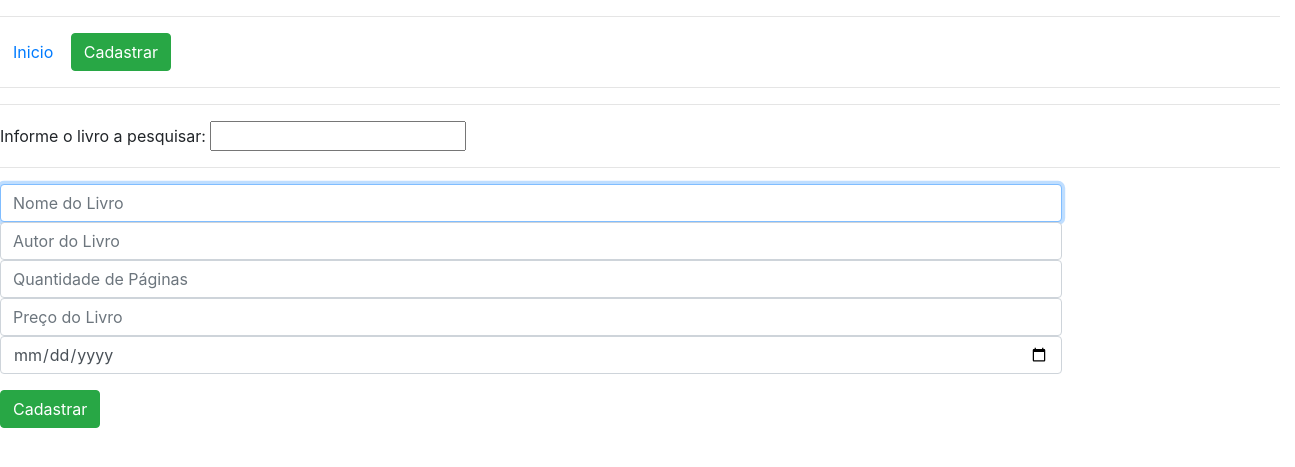
Repository: zz4fff/CRUD-MVC-PHP
Page: http://localhost/view/cadastro.php
These files come from the project's save history. The page is drawn as it stood at one moment and after the next save; the edit follows.
The browser window is 1280 px wide. The page is 1295 px wide, so the pictures cover 1295 px, including what lies to the right of the window. The pictures show the whole page.
The page is run by PHP 8.4 with error messages shown; the project is at /var/www/html/.

Above is the page before, as saved 2025-01-31 07:37:40.

### view/cadastro.php
<!DOCTYPE HTML>

<html>
<?php include("head.php") ?>

<body>
  <?php include("menu.php") ?>

  <div class="row">
    <form method="post" action="../controller/ControllerCadastro.php" id="form"
      name="form" onsubmit="validar(document.form); return false;"
      class="col-10">
      <div class="form-group">
        <input class="form-control" type="text" id="nome" name="nome" placeholder="Nome do Livro" required autofocus>
        <input class="form-control" type="text" id="autor" name="autor" placeholder="Autor do Livro" required>
        <input class="form-control" type="number" id="quantidade" name="quantidade" placeholder="Quantidade de Páginas" required>
        <input class="form-control" type="text" id="preco" name="preco" placeholder="Preço do Livro" onkeypress="formatarMoeda();" required>
        <input class="form-control" type="date" id="data" name="data" placeholder="Data de Pulicação" required>
      </div>

      <div class="form-group">
        <button type="submit" class="btn btn-success" id="cadastrar">Cadastrar</button>
      </div>
    </form>
  </div>

  <script language="javascript" type="text/javascript">
    function formatarMoeda() {
      var elemento = document.getElementById('preco');
      var valor = preco.value;

      valor = valor + '';
      valor = parseInt(valor.replace(/[^\d,]/g, ''));
      valor = valor + '';
      valor = valor.replace(/([0-9]{2})$/g, ",$1");

      if (valor.length > 6) {
        valor = valor.replace(/([0-9]{3}),([0-9]{2}$)/g, ".$1,$2");
      }

      elemento.value = valor;
    }

    function validar(formulario) {
      var quantidade = form.quantidade.value;
      var preco = form.preco.value;

      for (i = 0; i <= formulario.length - 2; i++) {
        if ((formulario[i].value == "")) {
          alert("Preencha o campo " + formulario[i].name);
          formulario[i].focus();

          return false;
        }
      }

      if (quantidade <= 0) {
        alert('A quantidade de páginas não pode ser igual ou inferior a 0');
        form.quantidade.focus();

        return false;
      }

      if (preco <= 0) {
        alert('O preço do livro não pode ser igual ou inferior a 0');
        form.preco.focus();

        return false;
      }
      formulario.submit();
    }
  </script>
</body>

</html>

### view/head.php
<head>
  <meta charset="utf-8">
  <meta name="viewport" content="width=device-width, initial-scale=1.0">
  <title>Livraria</title>
  <link rel="stylesheet" href="https://stackpath.bootstrapcdn.com/bootstrap/4.1.1/css/bootstrap.min.css" integrity="sha384-WskhaSGFgHYWDcbwN70/dfYBj47jz9qbsMId/iRN3ewGhXQFZCSftd1LZCfmhktB" crossorigin="anonymous">
  <script type="text/javascript" src="https://code.jquery.com/jquery-3.3.1.min.js"></script>
</head>

### view/menu.php
<hr>
  <a href="index.php" class="btn btn-default">Inicio</a>
  <a href="cadastro.php" class="btn btn-success">Cadastrar</a>
<hr>

<hr>
  Informe o livro a pesquisar: <input type="text" class="input">
<hr>

After the next save:
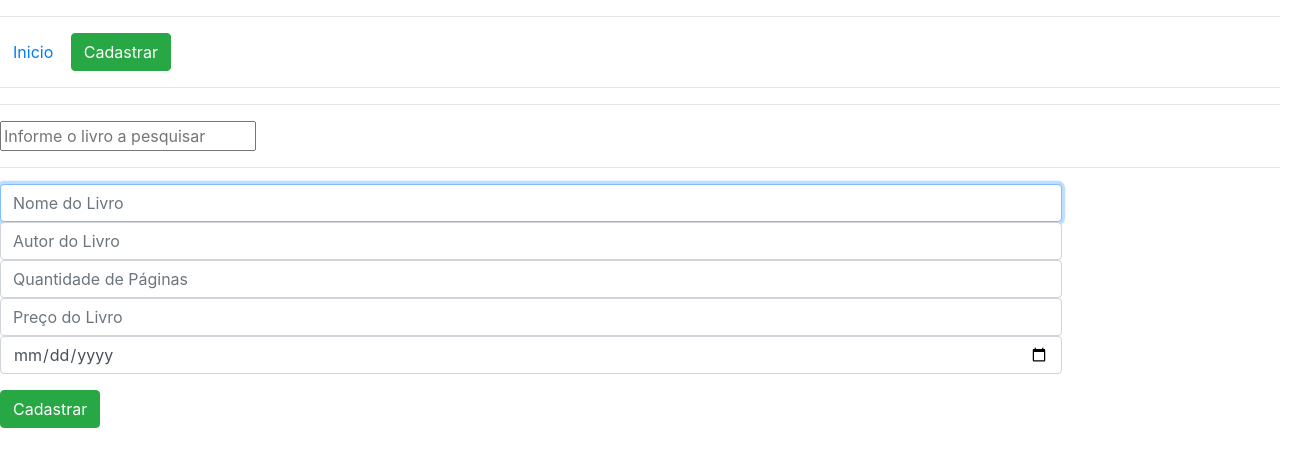
Saved 2 min 13 s later.
--- a/view/menu.php
+++ b/view/menu.php
@@ -4,5 +4,5 @@
 <hr>
 
 <hr>
-  Informe o livro a pesquisar: <input type="text" class="input">
+  <input type="text" class="input" placeholder="Informe o livro a pesquisar" >
 <hr>
